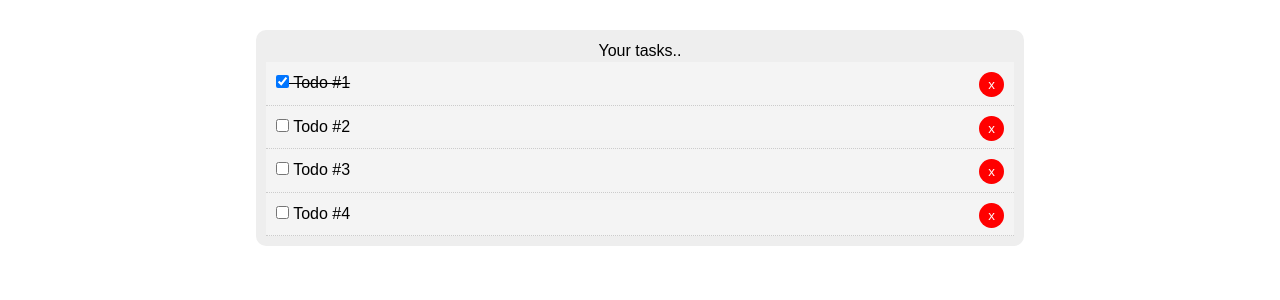
Repository: n0rthern-light/vuejs-taskmanager
Page: /
These files come from the project's save history. The page is drawn as it stood at one moment and after the next save; the edit follows.
The browser window is 1280 px wide. The pictures show the whole page.
The project was rebuilt for these pictures with package versions that can differ from the ones it lists, and the page was loaded fresh each time.

Above is the page before, as saved 2019-02-18 15:36:33.

### src/App.vue
<template>
  <div id="app">
    <h3>{{msg}}</h3>
    <Todos :todos="todos" v-on:del-todo="delTodo" v-on:update-array="updateArr"/>
  </div>
</template>

<script>

import Todos from '@/components/Todos.vue';

export default {
  name: 'app',
  components: {
    Todos
  },
  data() {
    return {
      todos: [
        {
          id: 1,
          title: 'Todo #1',
          completed: true
        },
        {
          id: 2,
          title: 'Todo #2',
          completed: false
        },
        {
          id: 3,
          title: 'Todo #3',
          completed: false
        },
        {
          id: 4,
          title: 'Todo #4',
          completed: false
        }
      ],
      msg: ''
    }
  },
  methods: {
    /* eslint-disable */
    setCookie(cname, cvalue, exdays) {
      var d = new Date();
      d.setTime(d.getTime() + (exdays*24*60*60*1000));
      var expires = "expires="+ d.toUTCString();
      document.cookie = cname + "=" + cvalue + ";" + expires + ";path=/";
    },
    getCookie(cname) {
      var name = cname + "=";
      var decodedCookie = decodeURIComponent(document.cookie);
      var ca = decodedCookie.split(';');
      for(var i = 0; i <ca.length; i++) {
        var c = ca[i];
        while (c.charAt(0) == ' ') {
          c = c.substring(1);
        }
        if (c.indexOf(name) == 0) {
          return c.substring(name.length, c.length);
        }
      }
      return "";
    },
    delTodo(id) {
      console.log('delTodo');
      this.todos = this.todos.filter((el) => el.id !== id);
    },
    updateArr(obj) {
      console.log('updateArr');
      this.todos = this.todos.
      map((el) => el.id === obj.id ? obj : el).
      sort((a, b) => a.id - b.id).
      sort((a, b) => a.completed - b.completed);

      this.setCookie('todos', JSON.stringify(this.todos), 60)
    }

  },
  mounted() {
    console.log('mounted');
    this.todos = JSON.parse(this.getCookie('todos'));

    this.todos = this.todos.sort((a, b) => a.id - b.id).
      sort((a, b) => a.completed - b.completed);
  }
}
</script>

<style>
* {
  box-sizing: border-box;
  margin: 0;
  padding: 0;
}

body {
  font-family: Arial, Helvetica, sans-serif;
  line-height: 1.4;
}
</style>

### src/components/Todos.vue
<template>
  <div class="container">
    <span class="title">Your tasks..</span>
    <div v-for="todo in todos" :key="todo.id">
      <TodoItem :todo="todo" v-on:del-todo="$emit('del-todo', todo.id)" v-on:update-array="$emit('update-array', todo)"/>
    </div>
  </div>
</template>

<script>
import TodoItem from './TodoItem.vue';

export default {
  components: {
    TodoItem
  },
  name: 'Todos',
  props: ['todos']
}
</script>

<style scoped>
.container {
  padding: 10px;
  background-color: #eee;
  border-radius: 10px;
  margin: 30px auto 0 auto;
  width: 80%;
  max-width: 768px;
  display: flex;
  flex-direction: column;
}

.container .title {
  text-align: center;
}

.container div {
  flex: 1;
}
</style>

### src/components/TodoItem.vue
<template>
  <div class="todo-item" :class="{'is-complete':todo.completed}">
    <p>
      <input type="checkbox" v-on:change="markComplete(); $emit('update-array', todo);" :checked="this.todo.completed">
      {{todo.title}}
      <button @click="$emit('del-todo', todo.id)" class="del">x</button>
    </p>
  </div>
</template>

<script>
export default {
  name: 'TodoItem',
  props: ['todo'],
  methods: {
    markComplete () {
      this.todo.completed = !this.todo.completed;
    }
  },
  mounted () {

  }
}
</script>

<style scoped>
  .todo-item {
    background: #f4f4f4;
    padding: 10px;
    border-bottom: 1px #ccc dotted;
  }

  .is-complete {
    text-decoration: line-through;
  }

  .del {
    background: #ff0000;
    color: #fff;
    border: none;
    padding: 5px 9px;
    border-radius: 50%;
    cursor: pointer;
    float: right;
  }
</style>

Loaded but not shown: src/main.js (common file)

After the next save:
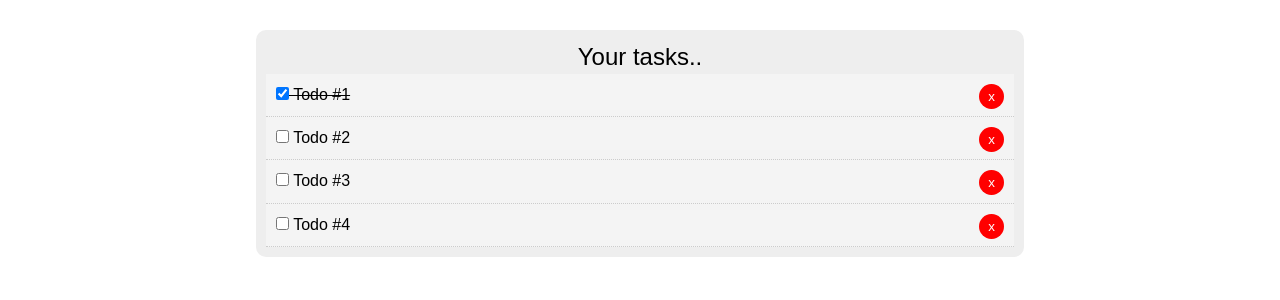
Saved 8 s later.
--- a/src/components/Todos.vue
+++ b/src/components/Todos.vue
@@ -33,6 +33,7 @@ export default {
 
 .container .title {
   text-align: center;
+  font-size: 1.5em;
 }
 
 .container div {
